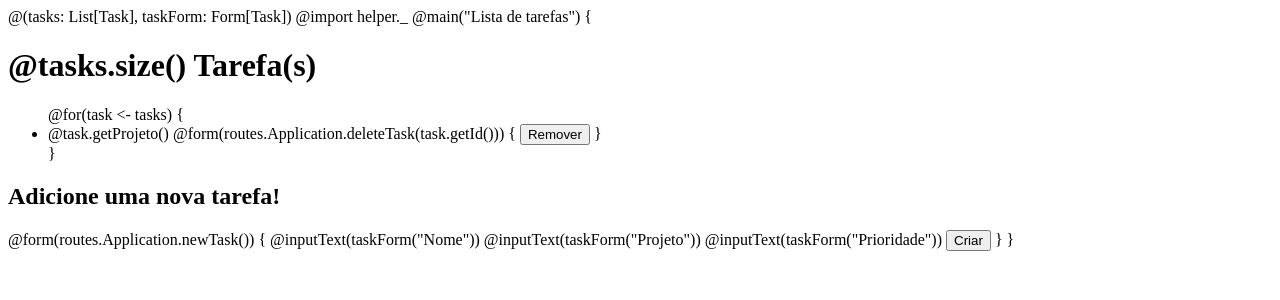
Repository: lcavalcante/si1
Page: lab2/.target/views/index.scala.html
These files come from the project's save history. The page is drawn as it stood at one moment and after the next save; the edit follows.
The browser window is 1280 px wide. The pictures show the whole page.

Above is the page before, as saved 2013-11-26 23:58:35.

After the next save:
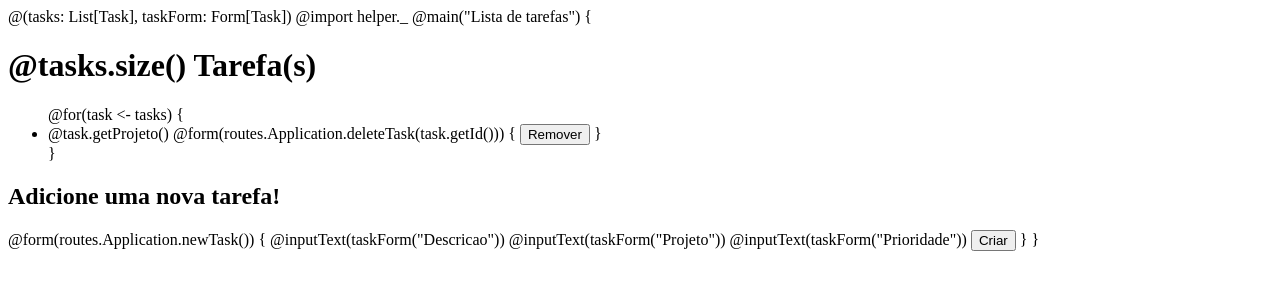
Saved 31 s later.
--- a/lab2/.target/views/index.scala.html
+++ b/lab2/.target/views/index.scala.html
@@ -22,7 +22,7 @@
 
     @form(routes.Application.newTask()) {
 
-        @inputText(taskForm("Nome"))
+        @inputText(taskForm("Descricao"))
         @inputText(taskForm("Projeto"))
         @inputText(taskForm("Prioridade"))
 
